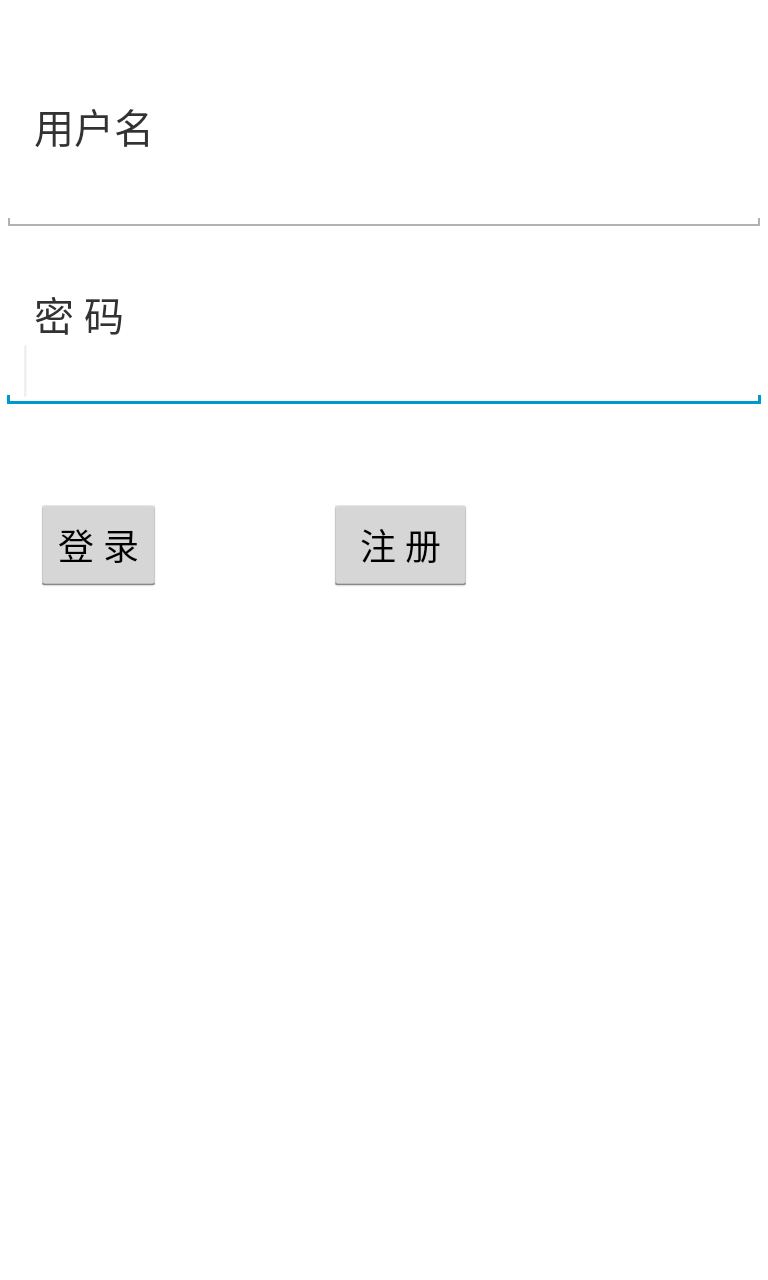
Repository: 17390089054/android
Layout: AlertDialog/res/layout/login.xml
These files come from the project's save history. The layout is drawn as it stood at one moment and after the next save; the edit follows.
It is drawn on a 768 x 1280 px phone screen (xhdpi) without system bars, with theme AppTheme; the app's code is not run.

Above is the layout before, as saved 2018-05-03 16:24:11.

After the next save:
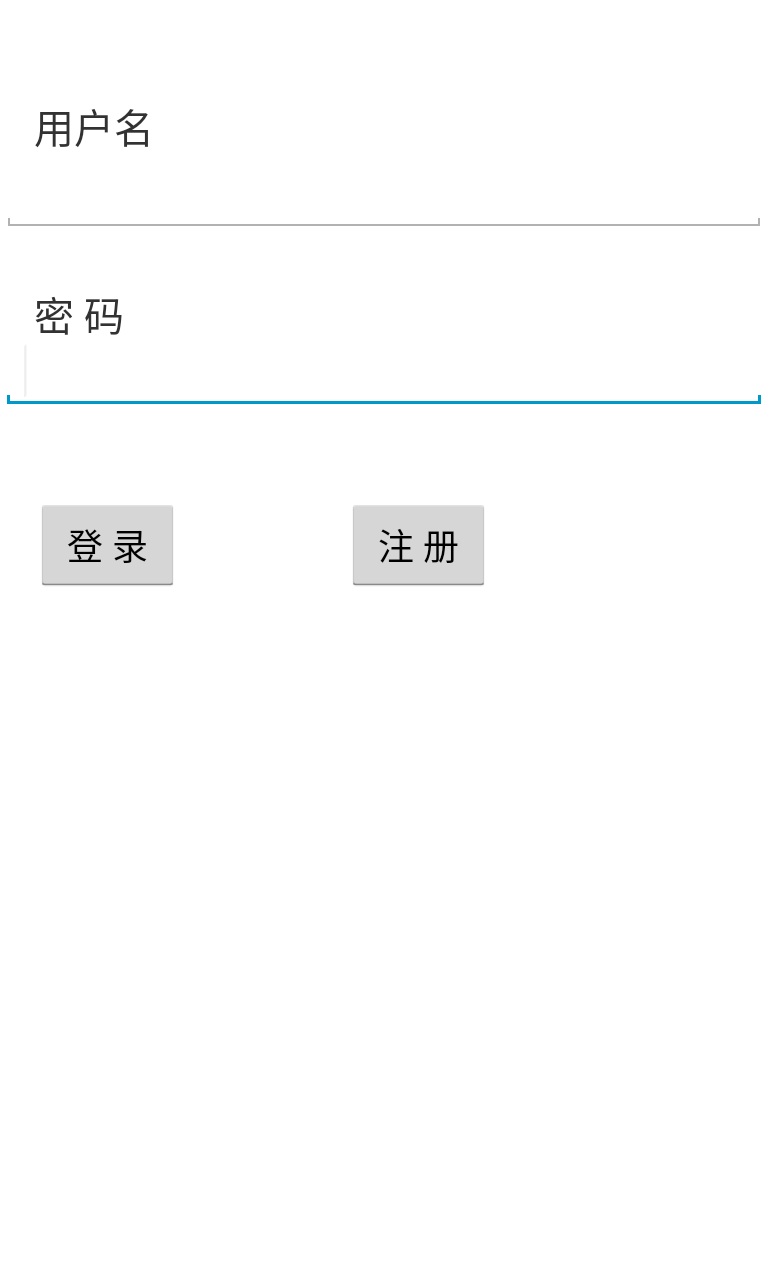
Saved 5 s later.
--- a/AlertDialog/res/layout/login.xml
+++ b/AlertDialog/res/layout/login.xml
@@ -34,7 +34,7 @@
         android:layout_below="@+id/editText2"
         android:layout_marginLeft="17dp"
         android:layout_marginTop="43dp"
-        android:text="登 录" />
+        android:text=" 登 录 " />
 
     <TextView
         android:id="@+id/textView1"
